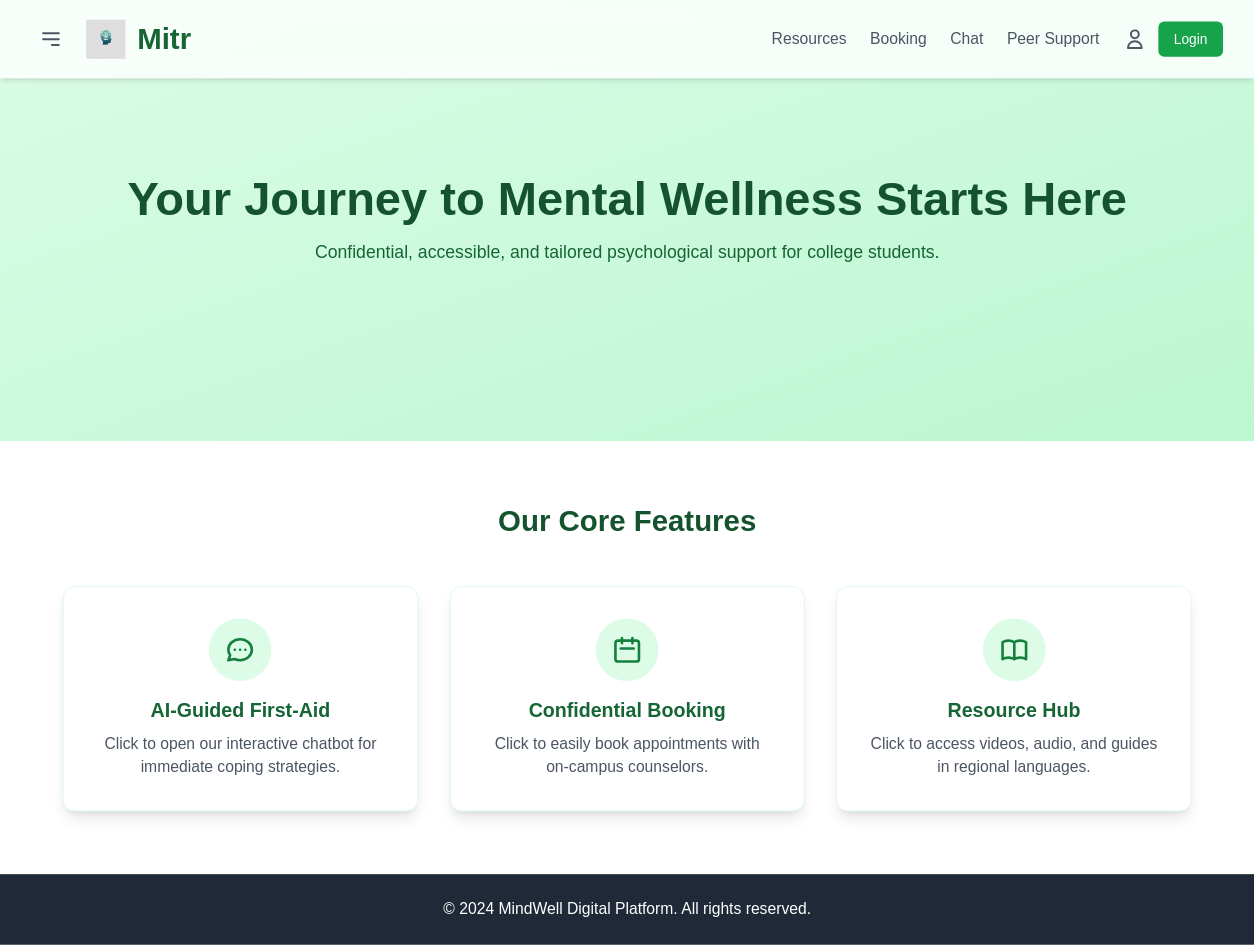
Repository: alokse24b01025/mentalhealth-project-sih-
Page: / (app in p1/)
These files come from the project's save history. The page is drawn as it stood at one moment and after the next save; the edit follows.
The browser window is 1280 px wide. The pictures show the whole page, at 98% of full size.
The project was rebuilt for these pictures with package versions that can differ from the ones it lists, and the page was loaded fresh each time. Also part of the build but not shown: p1/vite.config.js, p1/src/components/Chatbot.jsx, p1/src/pages/ChatPage.jsx, p1/src/components/ResourceCard.jsx, p1/src/data/mockResources.js, p1/src/pages/ResourcesPage.jsx, p1/src/data/mockCounselors.js, p1/src/pages/BookingPage.jsx and 4 more.

Above is the page before, as saved 2025-09-10 12:49:37.

### p1/index.html
<!doctype html>
<html lang="en">
  <head>
    <meta charset="UTF-8" />
    <link rel="icon" type="image/svg+xml" href="/logo.png" />
    <meta name="viewport" content="width=device-width, initial-scale=1.0" />
    <title>Mitr</title>
  </head>
  <body>
    <div id="root"></div>
    <script type="module" src="/src/main.jsx"></script>
  </body>
</html>

### p1/src/App.jsx
import React from 'react';
import { BrowserRouter as Router, Routes, Route } from 'react-router-dom';
import { AuthProvider } from './AuthContext'; // Import the provider

// Import your pages
import HomePage from './pages/HomePage';
import ChatPage from './pages/ChatPage';
import ResourcesPage from './pages/ResourcesPage';
import BookingPage from './pages/BookingPage';
import PeerSupportPage from './pages/PeerSupportPage';
import AdminDashboard from './pages/AdminDashboard';
import LoginPage from './pages/LoginPage'; // Import the new login page
import './index.css';

function App() {
  return (
    <AuthProvider> {/* Wrap everything in AuthProvider */}
      <Router>
        <Routes>
          <Route path="/" element={<HomePage />} />
          <Route path="/chat" element={<ChatPage />} />
          <Route path="/resources" element={<ResourcesPage />} />
          <Route path="/booking" element={<BookingPage />} />
          <Route path="/peer-support" element={<PeerSupportPage />} />
         <Route path="/admin" element={<AdminDashboard />} />
          <Route path="/login" element={<LoginPage />} /> {/* Add the login route */}
        </Routes>
      </Router>
    </AuthProvider>
  );
}

export default App;

### p1/src/index.css
@tailwind base;
@tailwind components;
@tailwind utilities;

body {
  font-family: Arial, sans-serif;
  -webkit-font-smoothing: antialiased;
  -moz-osx-font-smoothing: grayscale;
}

### p1/src/AuthContext.jsx
import React, { useContext, useState, useEffect } from 'react';
import { auth } from './firebase';
import {
  onAuthStateChanged,
  signOut,
  signInWithEmailAndPassword
} from "firebase/auth";

const AuthContext = React.createContext();

// This is the function that was likely missing the 'export' keyword
export function useAuth() {
  return useContext(AuthContext);
}

export function AuthProvider({ children }) {
  const [currentUser, setCurrentUser] = useState(null);
  const [loading, setLoading] = useState(true);

  function login(email, password) {
    return signInWithEmailAndPassword(auth, email, password);
  }

  function logout() {
    return signOut(auth);
  }

  useEffect(() => {
    const unsubscribe = onAuthStateChanged(auth, user => {
      setCurrentUser(user);
      setLoading(false);
    });

    return unsubscribe;
  }, []);

  const value = {
    currentUser,
    login,
    logout
  };

  return (
    <AuthContext.Provider value={value}>
      {!loading && children}
    </AuthContext.Provider>
  );
}

### p1/src/pages/HomePage.jsx
import React from 'react';
import { Link } from 'react-router-dom';
import Header from '../components/Header';
import Footer from '../components/Footer';

const HomePage = () => {
  return (
    <div className="min-h-screen flex flex-col bg-green-50">
      <Header />
      <main className="flex-1">
        {/* Hero Section with a green gradient background */}
        <section className="text-center h-[450px] flex items-center justify-center bg-gradient-to-br from-green-100 to-green-200">
          <div className="px-4">
            <h2 className="text-4xl md:text-5xl font-extrabold text-green-900">Your Journey to Mental Wellness Starts Here</h2>
            <p className="mt-4 text-lg text-green-800 max-w-2xl mx-auto">Confidential, accessible, and tailored psychological support for college students.</p>
          </div>
        </section>

        {/* Clickable Features Section */}
        <section className="py-16 px-4 bg-white">
          <h3 className="text-3xl font-bold text-center text-green-900 mb-12">Our Core Features</h3>
          <div className="grid md:grid-cols-3 gap-8 max-w-6xl mx-auto">

            {/* AI-Guided First-Aid Kit - CLICKABLE */}
            <Link to="/chat" className="block p-8 border border-green-100 rounded-xl shadow-lg hover:shadow-2xl hover:scale-105 transform transition-all duration-300 bg-white">
              <div className="text-center">
                <div className="flex items-center justify-center h-16 w-16 mx-auto bg-green-100 rounded-full mb-4">
                  <svg xmlns="http://www.w3.org/2000/svg" className="h-8 w-8 text-green-700" fill="none" viewBox="0 0 24 24" stroke="currentColor">
                    <path strokeLinecap="round" strokeLinejoin="round" strokeWidth={2} d="M8 12h.01M12 12h.01M16 12h.01M21 12c0 4.418-4.03 8-9 8a9.863 9.863 0 01-4.255-.949L3 20l1.395-3.72C3.512 15.042 3 13.574 3 12c0-4.418 4.03-8 9-8s9 3.582 9 8z" />
                  </svg>
                </div>
                <h4 className="font-bold text-xl text-green-800">AI-Guided First-Aid</h4>
                <p className="text-gray-600 mt-2">Click to open our interactive chatbot for immediate coping strategies.</p>
              </div>
            </Link>

            {/* Confidential Booking - CLICKABLE */}
            <Link to="/booking" className="block p-8 border border-green-100 rounded-xl shadow-lg hover:shadow-2xl hover:scale-105 transform transition-all duration-300 bg-white">
              <div className="text-center">
                <div className="flex items-center justify-center h-16 w-16 mx-auto bg-green-100 rounded-full mb-4">
                  <svg xmlns="http://www.w3.org/2000/svg" className="h-8 w-8 text-green-700" fill="none" viewBox="0 0 24 24" stroke="currentColor">
                    <path strokeLinecap="round" strokeLinejoin="round" strokeWidth={2} d="M8 7V3m8 4V3m-9 8h10M5 21h14a2 2 0 002-2V7a2 2 0 00-2-2H5a2 2 0 00-2 2v12a2 2 0 002 2z" />
                  </svg>
                </div>
                <h4 className="font-bold text-xl text-green-800">Confidential Booking</h4>
                <p className="text-gray-600 mt-2">Click to easily book appointments with on-campus counselors.</p>
              </div>
            </Link>

            {/* Resource Hub - CLICKABLE */}
            <Link to="/resources" className="block p-8 border border-green-100 rounded-xl shadow-lg hover:shadow-2xl hover:scale-105 transform transition-all duration-300 bg-white">
              <div className="text-center">
                <div className="flex items-center justify-center h-16 w-16 mx-auto bg-green-100 rounded-full mb-4">
                  <svg xmlns="http://www.w3.org/2000/svg" className="h-8 w-8 text-green-700" fill="none" viewBox="0 0 24 24" stroke="currentColor">
                    <path strokeLinecap="round" strokeLinejoin="round" strokeWidth={2} d="M12 6.253v13m0-13C10.832 5.477 9.246 5 7.5 5S4.168 5.477 3 6.253v13C4.168 18.477 5.754 18 7.5 18s3.332.477 4.5 1.253m0-13C13.168 5.477 14.754 5 16.5 5c1.747 0 3.332.477 4.5 1.253v13C19.832 18.477 18.246 18 16.5 18c-1.746 0-3.332.477-4.5 1.253" />
                  </svg>
                </div>
                <h4 className="font-bold text-xl text-green-800">Resource Hub</h4>
                <p className="text-gray-600 mt-2">Click to access videos, audio, and guides in regional languages.</p>
              </div>
            </Link>

          </div>
        </section>
      </main>
      <Footer />
    </div>
  );
};

export default HomePage;

### p1/src/firebase.js
import { initializeApp } from "firebase/app";
import { getAuth } from "firebase/auth";

// IMPORTANT: Replace this with the firebaseConfig object you copied from the Firebase console
const firebaseConfig = {
  apiKey: "YOUR_API_KEY",
  authDomain: "YOUR_AUTH_DOMAIN",
  projectId: "YOUR_PROJECT_ID",
  storageBucket: "YOUR_STORAGE_BUCKET",
  messagingSenderId: "YOUR_MESSAGING_SENDER_ID",
  appId: "YOUR_APP_ID"
};

// Initialize Firebase
const app = initializeApp(firebaseConfig);

// Export the auth instance to be used in other parts of the app
export const auth = getAuth(app);

### p1/src/components/Header.jsx
import React, { useState, useRef, useEffect } from 'react';
import { Link, NavLink } from 'react-router-dom';
import logo from '../assets/logo.png';
import { useAuth } from '../AuthContext';

const Header = () => {
  const { currentUser, logout } = useAuth();
  const [isLoggingOut, setIsLoggingOut] = useState(false);
  const [isMenuOpen, setIsMenuOpen] = useState(false);
  const menuRef = useRef(null);

  // Effect to close the menu when clicking outside of it
  useEffect(() => {
    function handleClickOutside(event) {
      if (menuRef.current && !menuRef.current.contains(event.target)) {
        setIsMenuOpen(false);
      }
    }
    document.addEventListener("mousedown", handleClickOutside);
    return () => {
      document.removeEventListener("mousedown", handleClickOutside);
    };
  }, [menuRef]);

  const handleLogout = async () => {
    setIsLoggingOut(true);
    try {
      await logout();
      setIsMenuOpen(false);
    } catch (error) {
      console.error("Failed to log out:", error);
    } finally {
      setIsLoggingOut(false);
    }
  };

  const profileIcon = (
    <svg xmlns="http://www.w3.org/2000/svg" className="h-6 w-6" fill="none" viewBox="0 0 24" stroke="currentColor" strokeWidth={2}>
      <path strokeLinecap="round" strokeLinejoin="round" d="M16 7a4 4 0 11-8 0 4 4 0 018 0zM12 14a7 7 0 00-7 7h14a7 7 0 00-7-7z" />
    </svg>
  );

  const desktopLinkClass = "text-gray-600 hover:text-green-600 transition-colors";

  return (
    <header className="bg-white/80 backdrop-blur-lg shadow-md fixed top-0 w-full z-50">
      <div className="max-w-7xl mx-auto px-4 sm:px-6 lg:px-8">
        <div className="flex justify-between items-center h-20">

          {/* Left Side: Hamburger Menu, Logo, and Brand Name */}
          <div className="flex items-center gap-x-4">
            {/* Hamburger Button and Dropdown Menu (for future options) */}
            <div className="relative" ref={menuRef}>
              <button onClick={() => setIsMenuOpen(!isMenuOpen)} className="p-2 rounded-md text-gray-600 hover:bg-gray-100 focus:outline-none">
                <svg xmlns="http://www.w3.org/2000/svg" className="h-6 w-6" fill="none" viewBox="0 0 24 24" stroke="currentColor">
                  <path strokeLinecap="round" strokeLinejoin="round" strokeWidth={2} d="M4 6h16M4 12h16m-7 6h7" />
                </svg>
              </button>

              {/* Dropdown Menu Panel - Placeholder for now */}
              {isMenuOpen && (
                <div className="absolute top-14 left-0 w-64 bg-white/95 backdrop-blur-lg border border-gray-200 rounded-lg shadow-xl py-4 px-4">
                  <p className="text-center text-gray-500">More options will be added here soon.</p>
                </div>
              )}
            </div>

            {/* Logo and Brand */}
            <Link to="/" className="flex items-center gap-x-3">
              <img src={logo} alt="MindWell Logo" className="h-10 w-auto" />
              <span className="text-3xl font-bold text-green-800 hidden sm:block">Mitr</span>
            </Link>
          </div>

          {/* Right side: Nav Links and Auth Buttons */}
          <div className="flex items-center">
            {/* Desktop Navigation Links - hidden on small screens */}
            <nav className="hidden md:flex items-center space-x-6 mr-6">
              <NavLink to="/resources" className={desktopLinkClass}>Resources</NavLink>
              <NavLink to="/booking" className={desktopLinkClass}>Booking</NavLink>
              <NavLink to="/chat" className={desktopLinkClass}>Chat</NavLink>
              <NavLink to="/peer-support" className={desktopLinkClass}>Peer Support</NavLink>
            </nav>

            {/* Auth Buttons */}
            <div className="flex items-center space-x-3">
              {currentUser ? (
                <div className="flex items-center space-x-3">
                  <span className="text-gray-600">{profileIcon}</span>
                  <button onClick={handleLogout} disabled={isLoggingOut} className={`text-white px-4 py-2 text-sm rounded-md transition-colors ${isLoggingOut ? 'bg-red-300 cursor-not-allowed' : 'bg-red-500 hover:bg-red-600'}`}>
                    {isLoggingOut ? '...' : 'Logout'}
                  </button>
                </div>
              ) : (
                <div className="flex items-center space-x-3">
                  <Link to="/login" className="text-gray-600 hover:text-green-600">{profileIcon}</Link>
                  <Link to="/login" className="bg-green-600 text-white px-4 py-2 text-sm rounded-md hover:bg-green-700 transition-colors">Login</Link>
                </div>
              )}
            </div>
          </div>
        </div>
      </div>
    </header>
  );
};

export default Header;

### p1/src/components/Footer.jsx
import React from 'react';

const Footer = () => {
  return (
    <footer className="bg-gray-800 text-white p-6 text-center">
      <p>&copy; 2024 MindWell Digital Platform. All rights reserved.</p>
    </footer>
  );
};
export default Footer;

Loaded but not shown: p1/src/main.jsx (common file); p1/tailwind.config.js (common file)

After the next save:
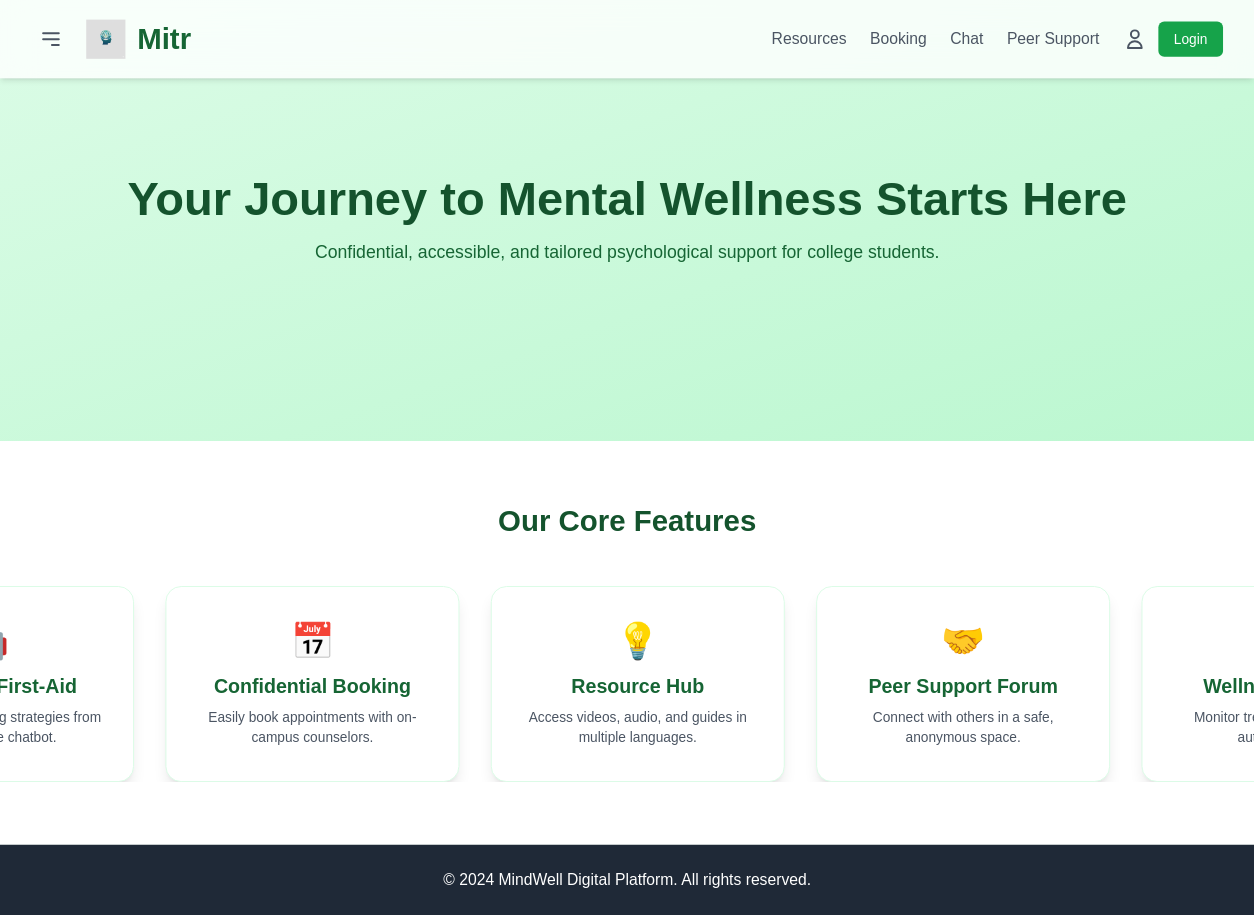
Saved 3 min 9 s later.
--- a/p1/src/pages/HomePage.jsx
+++ b/p1/src/pages/HomePage.jsx
@@ -3,68 +3,71 @@ import { Link } from 'react-router-dom';
 import Header from '../components/Header';
 import Footer from '../components/Footer';
 
+// Define an array of features to display in the scrolling marquee
+const coreFeatures = [
+  { to: "/chat", title: "AI-Guided First-Aid", description: "Get immediate coping strategies from our interactive chatbot.", icon: "🤖" },
+  { to: "/booking", title: "Confidential Booking", description: "Easily book appointments with on-campus counselors.", icon: "📅" },
+  { to: "/resources", title: "Resource Hub", description: "Access videos, audio, and guides in multiple languages.", icon: "💡" },
+  { to: "/peer-support", title: "Peer Support Forum", description: "Connect with others in a safe, anonymous space.", icon: "🤝" },
+  { to: "/admin", title: "Wellness Tracking", description: "Monitor trends and insights (for authorized staff).", icon: "📊" },
+];
+
+// This component defines the look of a single clickable card
+const FeatureCard = ({ to, title, description, icon }) => (
+  <Link to={to} className="flex-shrink-0 w-[300px] h-[200px] mx-4 p-6 flex flex-col items-center justify-center text-center bg-white border border-green-100 rounded-2xl shadow-lg hover:shadow-2xl hover:scale-105 transform transition-all duration-300">
+    <div className="text-4xl mb-3">{icon}</div>
+    <h4 className="font-bold text-xl text-green-800">{title}</h4>
+    <p className="text-gray-600 text-sm mt-2">{description}</p>
+  </Link>
+);
+
 const HomePage = () => {
   return (
-    <div className="min-h-screen flex flex-col bg-green-50">
-      <Header />
-      <main className="flex-1">
-        {/* Hero Section with a green gradient background */}
-        <section className="text-center h-[450px] flex items-center justify-center bg-gradient-to-br from-green-100 to-green-200">
-          <div className="px-4">
-            <h2 className="text-4xl md:text-5xl font-extrabold text-green-900">Your Journey to Mental Wellness Starts Here</h2>
-            <p className="mt-4 text-lg text-green-800 max-w-2xl mx-auto">Confidential, accessible, and tailored psychological support for college students.</p>
-          </div>
-        </section>
+    <>
+      {/* This style block contains the CSS animation for the marquee effect */}
+      <style>
+        {`
+          @keyframes scroll {
+            from {
+              transform: translateX(0);
+            }
+            to {
+              transform: translateX(-100%);
+            }
+          }
+          .scrolling-wrapper:hover .scrolling-content {
+            animation-play-state: paused;
+          }
+        `}
+      </style>
 
-        {/* Clickable Features Section */}
-        <section className="py-16 px-4 bg-white">
-          <h3 className="text-3xl font-bold text-center text-green-900 mb-12">Our Core Features</h3>
-          <div className="grid md:grid-cols-3 gap-8 max-w-6xl mx-auto">
+      <div className="min-h-screen flex flex-col bg-green-50">
+        <Header />
+        <main className="flex-1 overflow-y-auto">
+          {/* Hero Section */}
+          <section className="text-center h-[450px] flex items-center justify-center bg-gradient-to-br from-green-100 to-green-200">
+            <div className="px-4">
+              <h2 className="text-4xl md:text-5xl font-extrabold text-green-900">Your Journey to Mental Wellness Starts Here</h2>
+              <p className="mt-4 text-lg text-green-800 max-w-2xl mx-auto">Confidential, accessible, and tailored psychological support for college students.</p>
+            </div>
+          </section>
 
-            {/* AI-Guided First-Aid Kit - CLICKABLE */}
-            <Link to="/chat" className="block p-8 border border-green-100 rounded-xl shadow-lg hover:shadow-2xl hover:scale-105 transform transition-all duration-300 bg-white">
-              <div className="text-center">
-                <div className="flex items-center justify-center h-16 w-16 mx-auto bg-green-100 rounded-full mb-4">
-                  <svg xmlns="http://www.w3.org/2000/svg" className="h-8 w-8 text-green-700" fill="none" viewBox="0 0 24 24" stroke="currentColor">
-                    <path strokeLinecap="round" strokeLinejoin="round" strokeWidth={2} d="M8 12h.01M12 12h.01M16 12h.01M21 12c0 4.418-4.03 8-9 8a9.863 9.863 0 01-4.255-.949L3 20l1.395-3.72C3.512 15.042 3 13.574 3 12c0-4.418 4.03-8 9-8s9 3.582 9 8z" />
-                  </svg>
-                </div>
-                <h4 className="font-bold text-xl text-green-800">AI-Guided First-Aid</h4>
-                <p className="text-gray-600 mt-2">Click to open our interactive chatbot for immediate coping strategies.</p>
+          {/* Scrolling Features Section */}
+          <section className="py-16 bg-white">
+            <h3 className="text-3xl font-bold text-center text-green-900 mb-12">Our Core Features</h3>
+            <div className="scrolling-wrapper w-full overflow-hidden relative">
+              <div className="scrolling-content flex" style={{ animation: `scroll 40s linear infinite` }}>
+                {/* The list of features is duplicated to create the seamless loop effect */}
+                {[...coreFeatures, ...coreFeatures].map((feature, index) => (
+                  <FeatureCard key={index} {...feature} />
+                ))}
               </div>
-            </Link>
-
-            {/* Confidential Booking - CLICKABLE */}
-            <Link to="/booking" className="block p-8 border border-green-100 rounded-xl shadow-lg hover:shadow-2xl hover:scale-105 transform transition-all duration-300 bg-white">
-              <div className="text-center">
-                <div className="flex items-center justify-center h-16 w-16 mx-auto bg-green-100 rounded-full mb-4">
-                  <svg xmlns="http://www.w3.org/2000/svg" className="h-8 w-8 text-green-700" fill="none" viewBox="0 0 24 24" stroke="currentColor">
-                    <path strokeLinecap="round" strokeLinejoin="round" strokeWidth={2} d="M8 7V3m8 4V3m-9 8h10M5 21h14a2 2 0 002-2V7a2 2 0 00-2-2H5a2 2 0 00-2 2v12a2 2 0 002 2z" />
-                  </svg>
-                </div>
-                <h4 className="font-bold text-xl text-green-800">Confidential Booking</h4>
-                <p className="text-gray-600 mt-2">Click to easily book appointments with on-campus counselors.</p>
-              </div>
-            </Link>
-
-            {/* Resource Hub - CLICKABLE */}
-            <Link to="/resources" className="block p-8 border border-green-100 rounded-xl shadow-lg hover:shadow-2xl hover:scale-105 transform transition-all duration-300 bg-white">
-              <div className="text-center">
-                <div className="flex items-center justify-center h-16 w-16 mx-auto bg-green-100 rounded-full mb-4">
-                  <svg xmlns="http://www.w3.org/2000/svg" className="h-8 w-8 text-green-700" fill="none" viewBox="0 0 24 24" stroke="currentColor">
-                    <path strokeLinecap="round" strokeLinejoin="round" strokeWidth={2} d="M12 6.253v13m0-13C10.832 5.477 9.246 5 7.5 5S4.168 5.477 3 6.253v13C4.168 18.477 5.754 18 7.5 18s3.332.477 4.5 1.253m0-13C13.168 5.477 14.754 5 16.5 5c1.747 0 3.332.477 4.5 1.253v13C19.832 18.477 18.246 18 16.5 18c-1.746 0-3.332.477-4.5 1.253" />
-                  </svg>
-                </div>
-                <h4 className="font-bold text-xl text-green-800">Resource Hub</h4>
-                <p className="text-gray-600 mt-2">Click to access videos, audio, and guides in regional languages.</p>
-              </div>
-            </Link>
-
-          </div>
-        </section>
-      </main>
-      <Footer />
-    </div>
+            </div>
+          </section>
+        </main>
+        <Footer />
+      </div>
+    </>
   );
 };
 
